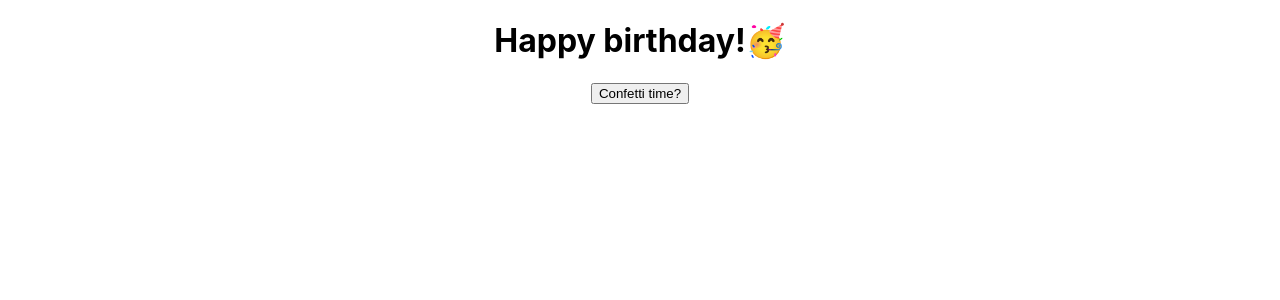
Repository: David-Waite/HannahsBirthdayWebsite
Page: /
The author's editor kept a copy of each file at every save. The page is drawn from the files as they stood at one save, then again after the next save.
The browser window is 1280 px wide. The pictures show the whole page.
The project was rebuilt for these pictures with package versions that can differ from the ones it lists, and the page was loaded fresh each time.

Above is the page before, as saved 2023-03-30 17:42:42.

After the next save:
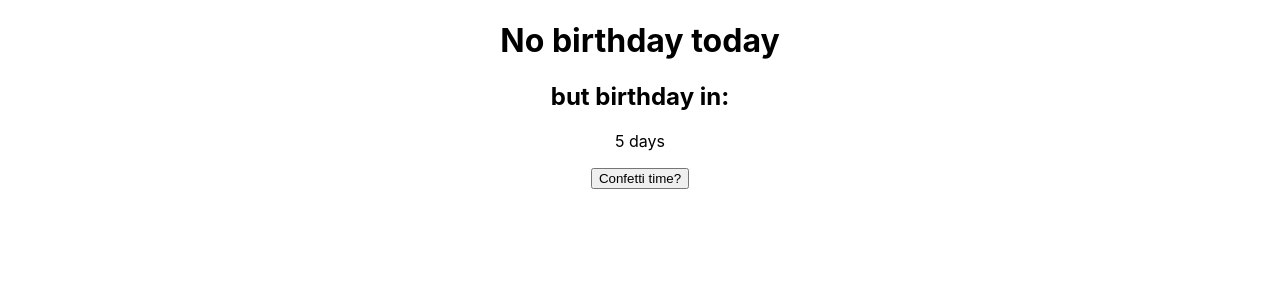
Saved 11 s later.
--- a/src/App.js
+++ b/src/App.js
@@ -57,7 +57,7 @@ function App() {
   return (
     <div className="App">
       {confetti && <Confetti />}
-      <h1>Happy birthday!🥳</h1>
+      {birthdayText}
       <button onClick={rainConfetti}>{buttonText}</button>
     </div>
   );
